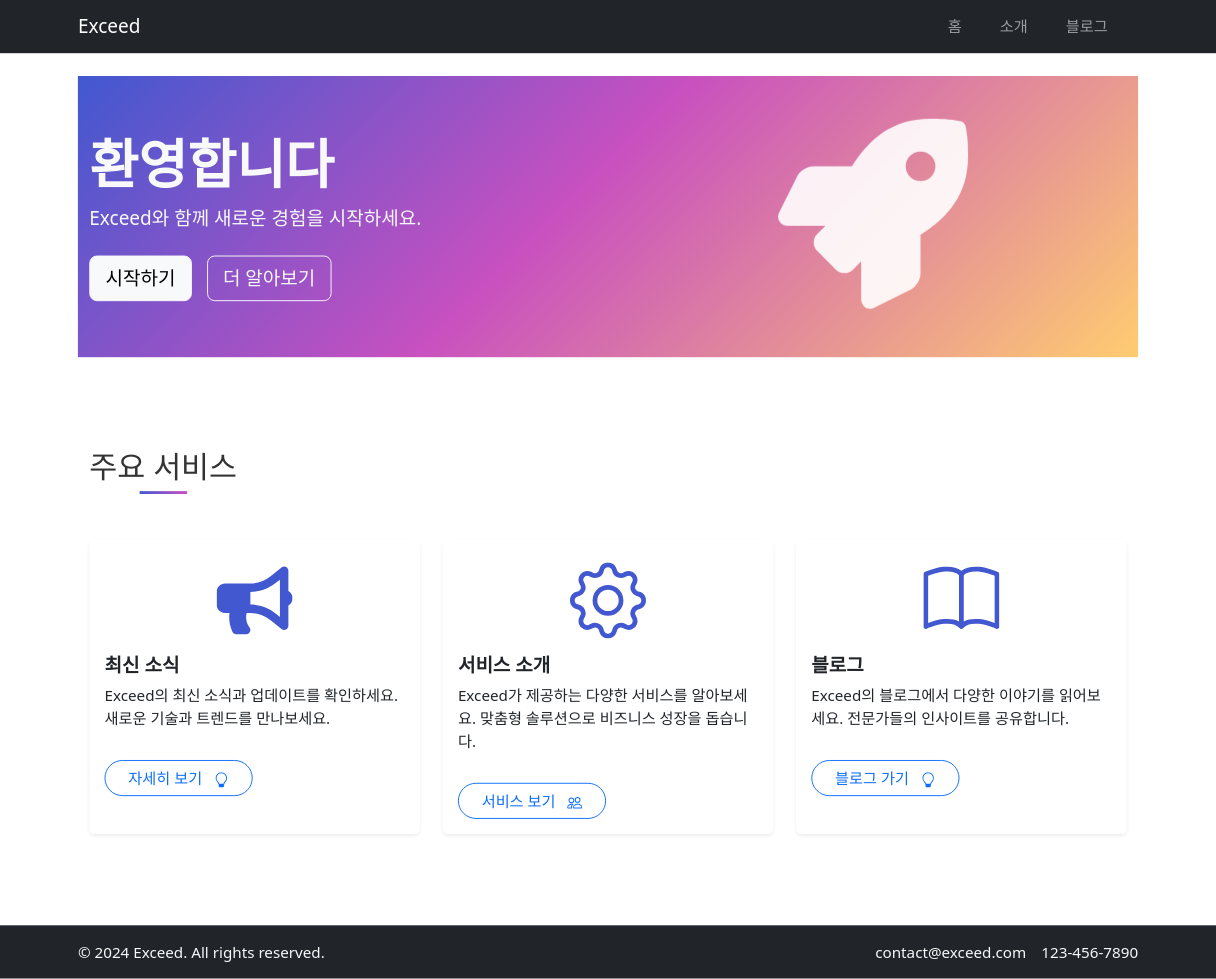
Repository: somej-123/exceed
Page: /
These files come from the project's save history. The page is drawn as it stood at one moment and after the next save; the edit follows.
The browser window is 1280 px wide. The pictures show the whole page, at 95% of full size.
The project was rebuilt for these pictures with package versions that can differ from the ones it lists, and the page was loaded fresh each time. Also part of the build but not shown: vite.config.ts, src/pages/Info.tsx, src/pages/Blog.tsx.

Above is the page before, as saved 2025-03-23 19:19:07.

### src/App.tsx
import { BrowserRouter as Router, Routes, Route } from 'react-router-dom';
import Layout from './components/Layout';
import Home from './pages/Home';
import Info from './pages/Info';
import Blog from './pages/Blog';
import 'bootstrap/dist/css/bootstrap.min.css';

function App() {
  return (
    <Router>
      <Routes>
        <Route path="/" element={<Layout />}>
          <Route index element={<Home />} />
          <Route path="info" element={<Info />} />
          <Route path="blog" element={<Blog />} />
        </Route>
      </Routes>
    </Router>
  );
}

export default App;

### src/components/Layout.tsx
import { Container } from 'react-bootstrap';
import Header from './Header';
import Footer from './Footer';
import { Outlet } from 'react-router-dom';

const Layout = () => {
  return (
    <div className="d-flex flex-column min-vh-100">
      <Header />
      <Container className="flex-grow-1 py-4">
        <Outlet />
      </Container>
      <Footer />
    </div>
  );
};

export default Layout;

### src/pages/Home.tsx
import { Container, Row, Col, Card, Button } from 'react-bootstrap';
import { FaRocket, FaBullhorn } from 'react-icons/fa';
import { BsLightbulb, BsBook, BsGear, BsPeople } from 'react-icons/bs';

const Home = () => {
  return (
    <>
      {/* 히어로 섹션 */}
      <div className="hero-section text-light py-5 mb-5">
        <Container>
          <Row className="align-items-center">
            <Col md={6} className="mb-4 mb-md-0">
              <h1 className="display-4 fw-bold">환영합니다</h1>
              <p className="lead mb-4">Exceed와 함께 새로운 경험을 시작하세요.</p>
              <Button variant="light" size="lg" className="me-3">시작하기</Button>
              <Button variant="outline-light" size="lg">더 알아보기</Button>
            </Col>
            <Col md={6} className="text-center">
              <FaRocket size={200} className="hero-icon" />
            </Col>
          </Row>
        </Container>
      </div>

      {/* 주요 서비스 섹션 */}
      <Container className="py-5">
        <h2 className="text-center mb-5 section-title">주요 서비스</h2>
        <Row>
          <Col md={4} className="mb-4">
            <Card className="h-100 shadow-sm hover-card border-0">
              <div className="text-center pt-4">
                <FaBullhorn size={80} className="service-icon" />
              </div>
              <Card.Body>
                <Card.Title className="fw-bold">최신 소식</Card.Title>
                <Card.Text>
                  Exceed의 최신 소식과 업데이트를 확인하세요.
                  새로운 기술과 트렌드를 만나보세요.
                </Card.Text>
                <Button variant="outline-primary" className="mt-3 rounded-pill">
                  자세히 보기 <BsLightbulb className="ms-2" />
                </Button>
              </Card.Body>
            </Card>
          </Col>
          <Col md={4} className="mb-4">
            <Card className="h-100 shadow-sm hover-card border-0">
              <div className="text-center pt-4">
                <BsGear size={80} className="service-icon" />
              </div>
              <Card.Body>
                <Card.Title className="fw-bold">서비스 소개</Card.Title>
                <Card.Text>
                  Exceed가 제공하는 다양한 서비스를 알아보세요.
                  맞춤형 솔루션으로 비즈니스 성장을 돕습니다.
                </Card.Text>
                <Button variant="outline-primary" className="mt-3 rounded-pill">
                  서비스 보기 <BsPeople className="ms-2" />
                </Button>
              </Card.Body>
            </Card>
          </Col>
          <Col md={4} className="mb-4">
            <Card className="h-100 shadow-sm hover-card border-0">
              <div className="text-center pt-4">
                <BsBook size={80} className="service-icon" />
              </div>
              <Card.Body>
                <Card.Title className="fw-bold">블로그</Card.Title>
                <Card.Text>
                  Exceed의 블로그에서 다양한 이야기를 읽어보세요.
                  전문가들의 인사이트를 공유합니다.
                </Card.Text>
                <Button variant="outline-primary" className="mt-3 rounded-pill">
                  블로그 가기 <BsLightbulb className="ms-2" />
                </Button>
              </Card.Body>
            </Card>
          </Col>
        </Row>
      </Container>

      {/* CSS 스타일 */}
      <style>{`
        .hero-section {
          background: linear-gradient(135deg, #4158D0 0%, #C850C0 46%, #FFCC70 100%);
          position: relative;
          overflow: hidden;
        }

        .hero-icon {
          animation: float 3s ease-in-out infinite;
          color: rgba(255, 255, 255, 0.9);
        }

        .section-title {
          color: #333;
          position: relative;
          display: inline-block;
          padding-bottom: 10px;
        }

        .section-title::after {
          content: '';
          position: absolute;
          width: 50px;
          height: 3px;
          bottom: 0;
          left: 50%;
          transform: translateX(-50%);
          background: linear-gradient(to right, #4158D0, #C850C0);
        }

        .service-icon {
          color: #4158D0;
          transition: color 0.3s ease;
        }

        .hover-card {
          transition: all 0.3s ease-in-out;
          background: #fff;
        }

        .hover-card:hover {
          transform: translateY(-5px);
          box-shadow: 0 10px 20px rgba(0,0,0,0.1) !important;
        }

        .hover-card:hover .service-icon {
          color: #C850C0;
        }

        @keyframes float {
          0% { transform: translateY(0px); }
          50% { transform: translateY(-20px); }
          100% { transform: translateY(0px); }
        }

        .rounded-pill {
          padding-left: 1.5rem;
          padding-right: 1.5rem;
        }
      `}</style>
    </>
  );
};

export default Home;

### src/components/Header.tsx
import { Navbar, Nav, Container } from 'react-bootstrap';
import { Link } from 'react-router-dom';

const Header = () => {
  return (
    <Navbar bg="dark" variant="dark" expand="lg">
      <Container>
        <Navbar.Brand as={Link} to="/">Exceed</Navbar.Brand>
        <Navbar.Toggle aria-controls="basic-navbar-nav" />
        <Navbar.Collapse id="basic-navbar-nav">
          <Nav className="ms-auto">
            <Nav.Link as={Link} className="me-4" to="/">홈</Nav.Link>
            <Nav.Link as={Link} className="me-4" to="/info">소개</Nav.Link>
            <Nav.Link as={Link} className="me-4" to="/blog">블로그</Nav.Link>
          </Nav>
        </Navbar.Collapse>
      </Container>
    </Navbar>
  );
};

export default Header;

### src/components/Footer.tsx
import { Container, Row, Col } from 'react-bootstrap';

const Footer = () => {
  return (
    <footer className="bg-dark text-light py-3 mt-auto">
      <Container>
        <Row className="align-items-center">
          <Col md={6} className="text-center text-md-start">
            <p className="mb-0">&copy; 2024 Exceed. All rights reserved.</p>
          </Col>
          <Col md={6} className="text-center text-md-end">
            <a href="mailto:contact@exceed.com" className="text-light text-decoration-none me-3">
              contact@exceed.com
            </a>
            <a href="tel:123-456-7890" className="text-light text-decoration-none">
              123-456-7890
            </a>
          </Col>
        </Row>
      </Container>
    </footer>
  );
};

export default Footer;

Loaded but not shown: index.html (common file); src/main.tsx (common file)

After the next save:
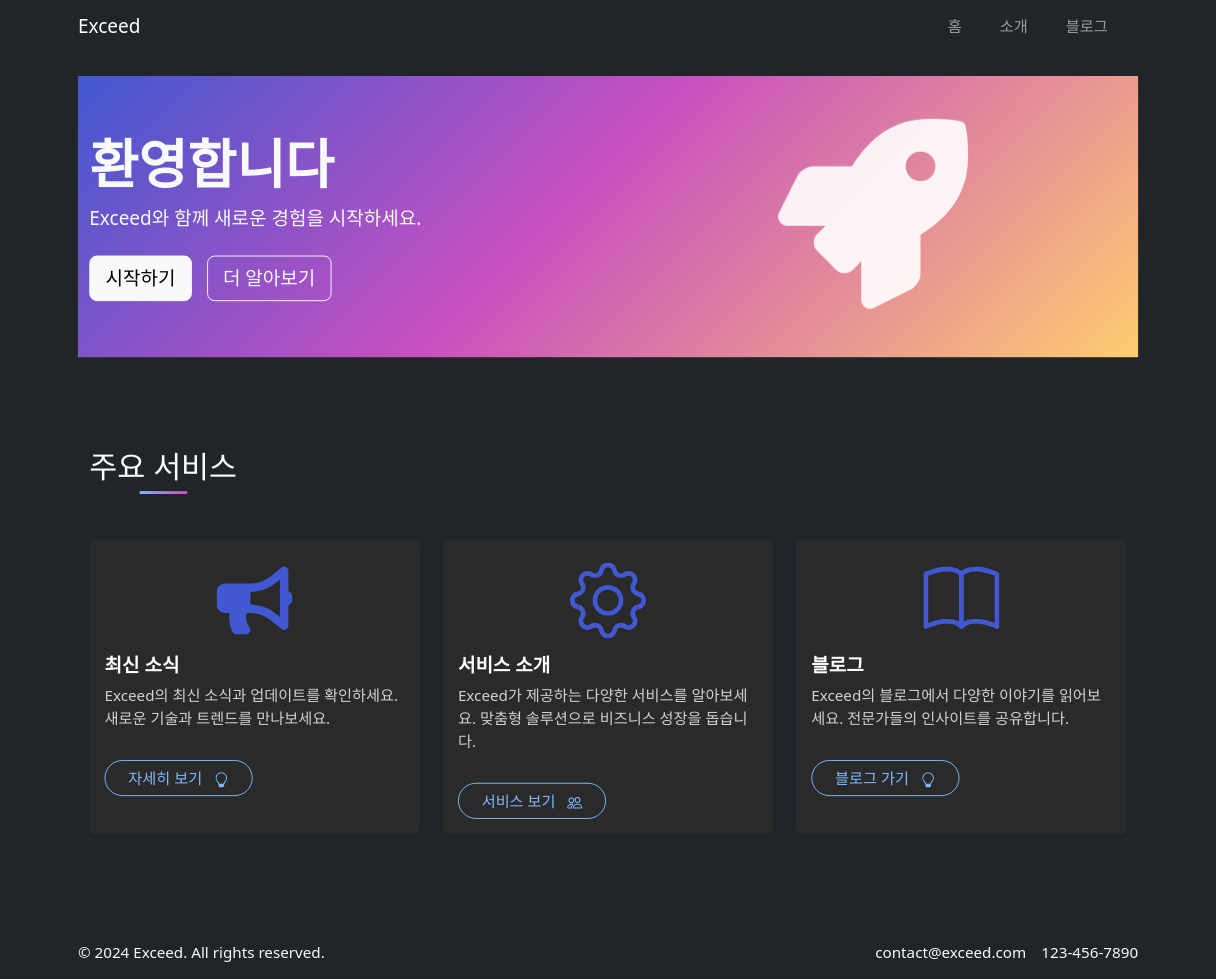
Saved 56 s later.
--- a/src/components/Layout.tsx
+++ b/src/components/Layout.tsx
@@ -5,12 +5,56 @@ import { Outlet } from 'react-router-dom';
 
 const Layout = () => {
   return (
-    <div className="d-flex flex-column min-vh-100">
+    <div className="d-flex flex-column min-vh-100 bg-dark text-light">
       <Header />
       <Container className="flex-grow-1 py-4">
         <Outlet />
       </Container>
       <Footer />
+
+      {/* 다크모드 전역 스타일 */}
+      <style>{`
+        body {
+          background-color: #1a1a1a;
+          color: #ffffff;
+        }
+
+        .card {
+          background-color: #2a2a2a;
+          border: none;
+          color: #ffffff;
+        }
+
+        .card .card-title {
+          color: #ffffff;
+        }
+
+        .card .card-text {
+          color: #d1d1d1;
+        }
+
+        .btn-outline-primary {
+          color: #7eb9ff;
+          border-color: #7eb9ff;
+        }
+
+        .btn-outline-primary:hover {
+          background-color: #7eb9ff;
+          color: #1a1a1a;
+        }
+
+        .text-muted {
+          color: #b0b0b0 !important;
+        }
+
+        .section-title {
+          color: #ffffff !important;
+        }
+
+        .section-title::after {
+          background: linear-gradient(to right, #7eb9ff, #c850c0);
+        }
+      `}</style>
     </div>
   );
 };
